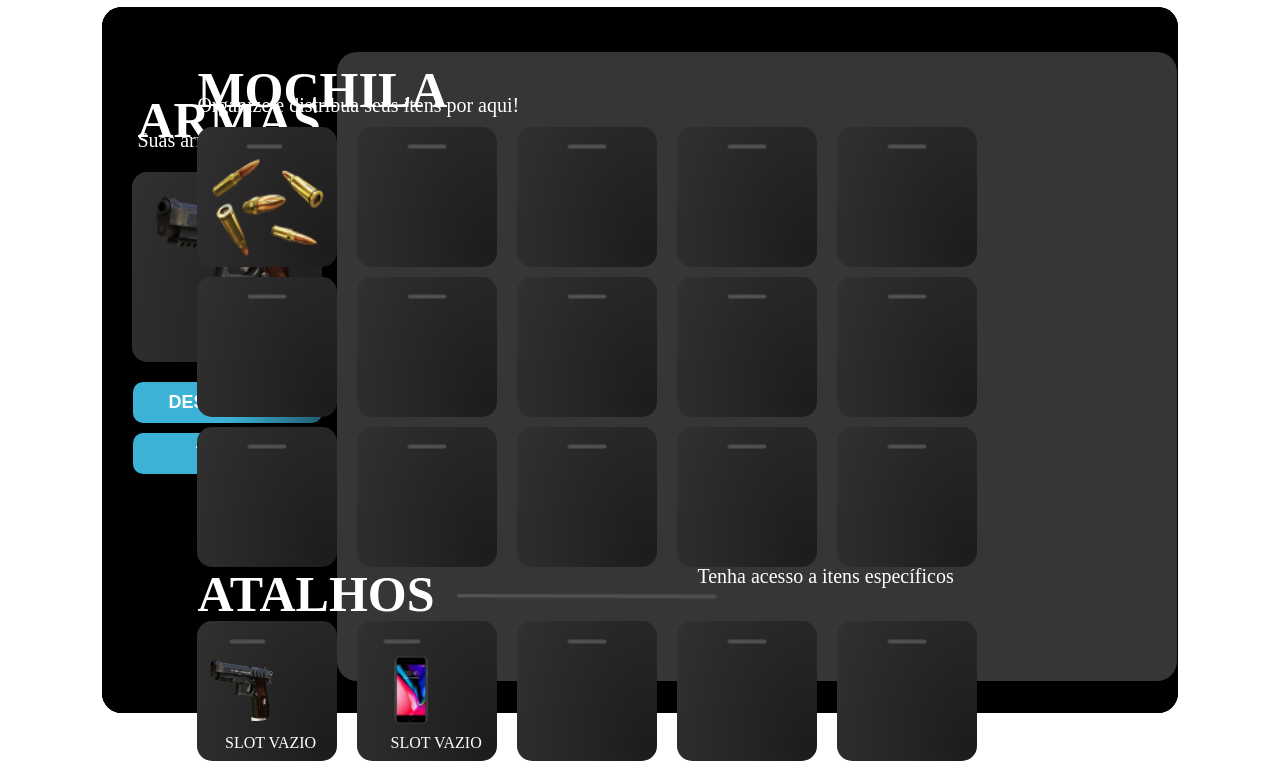
Repository: DuMCorrea/Mochila
Page: index.html
The author's editor kept a copy of each file at every save. The page is drawn from the files as they stood at one save, then again after a run of saves.
The browser window is 1280 px wide. The pictures show the whole page.
Some web fonts or font styles are not loaded; a fallback is used.

Above is the page before, as saved 2024-09-03 10:23:31.

### index.html
<!DOCTYPE html>
<html lang="pt-BR">
<head>
    <meta charset="UTF-8">
    <meta name="viewport" content="width=device-width, initial-scale=1.0">
    <link href="https://fonts.googleapis.com/css2?family=Baloo+Bhai+2&display=swap" rel="stylesheet">
    <title>Modelo de Tela</title>
    <link rel="stylesheet" href="styles.css">
</head>
<body>
    <div class="container">
        <div class="background-rectangle">
            <div class="left-div">
                <div class="content-left">
                    <h1>ARMAS</h1>
                    <p>Suas armas equipadas!</p>
                    <div class="image-container">
                        <img src="assets/ARMA.png" alt="Imagem" />
                    </div>
                    <button class="desequipar-btn">DESEQUIPAR</button>
                    <button class="todas">TODAS</button>
                </div>
            </div>
            <div class="right-div">
                <div class="content-right">
                    <h1>MOCHILA</h1>
                    <p>Organize e distribua seus itens por aqui!</p>
                    <div class="squares-container">
                        <div class="square">
                            <img src="assets/traco.png" alt="Imagem" class="square-image-unic">
                            <img src="assets/balas.png" alt="Imagem" class="shots-image">
                        </div>
                        <div class="square">
                            <img src="assets/traco.png" alt="Imagem" class="square-image">
                        </div>
                        <div class="square">
                            <img src="assets/traco.png" alt="Imagem" class="square-image">
                        </div>
                        <div class="square">
                            <img src="assets/traco.png" alt="Imagem" class="square-image">
                        </div>
                        <div class="square">
                            <img src="assets/traco.png" alt="Imagem" class="square-image">
                        </div>
                    </div>
                    <!-- Segunda linha de quadrados -->
                    <div class="squares-containerr">
                        <div class="square">
                            <img src="assets/traco.png" alt="Imagem" class="square-image">
                        </div>
                        <div class="square">
                            <img src="assets/traco.png" alt="Imagem" class="square-image">
                        </div>
                        <div class="square">
                            <img src="assets/traco.png" alt="Imagem" class="square-image">
                        </div>
                        <div class="square">
                            <img src="assets/traco.png" alt="Imagem" class="square-image">
                        </div>
                        <div class="square">
                            <img src="assets/traco.png" alt="Imagem" class="square-image">
                        </div>
                    </div>

                    <!-- Terceira linha de quadrados -->
                    <div class="squares-containerrr">
                        <div class="square">
                            <img src="assets/traco.png" alt="Imagem" class="square-image">
                        </div>
                        <div class="square">
                            <img src="assets/traco.png" alt="Imagem" class="square-image">
                        </div>
                        <div class="square">
                            <img src="assets/traco.png" alt="Imagem" class="square-image">
                        </div>
                        <div class="square">
                            <img src="assets/traco.png" alt="Imagem" class="square-image">
                        </div>
                        <div class="square">
                            <img src="assets/traco.png" alt="Imagem" class="square-image">
                        </div>
                        </div>
                        <div class="atalhos-title-container">
                            <h1 class="atalhos-title">
                                ATALHOS
                                <img src="assets/linhaGrande.png" alt="Descrição da Imagem" class="atalhos-image">
                                <p class="atalhos-paragraph">Tenha acesso a itens específicos</p>
                            </h1>
                        </div>
                        <div class="shortcuts-container">
                            <div class="square">
                                <img src="assets/traco.png" alt="Imagem" class="square-image-unic">
                                <img src="assets/ARMA.png" class="arma-image">
                                <p style="font-size: 16px; position: relative; top: 60px; right: 50px; white-space: nowrap;" >SLOT VAZIO</p>
                            </div>
                            <div class="square">
                                <img src="assets/traco.png" alt="Imagem" class="square-image-unic">
                                <img src="assets/celular.png" class="cell-image">
                                <p  style="font-size: 16px; position: relative; top: 60px; right: 50px; white-space: nowrap;" >SLOT VAZIO</p>
                            </div>
                            <div class="square">
                                <img src="assets/traco.png" alt="Imagem" class="square-image">
                            </div>
                            <div class="square">
                                <img src="assets/traco.png" alt="Imagem" class="square-image">
                            </div>
                            <div class="square">
                                <img src="assets/traco.png" alt="Imagem" class="square-image">
                            </div>
                        </div>

                        </div>
                        </div>
                        </div>
                        </div>
                        </body>

                        </html>

### styles.css
body, html {
    margin: 0;
    padding: 0;
    width: 100%;
    height: 100%;
    display: flex;
    justify-content: center;
    align-items: center;
    background-color: white; /* Fundo preto para o body */
    font-family: 'Baloo Bhai 2', cursive; /* Aplicando a fonte Baloo Bhai */
}

.container {
    width: 84%; /* Largura da div principal */
    height: 98%; /* Altura da div principal */
    display: flex;
    justify-content: center;
    align-items: center;
    background-color: #000000; /* Fundo preto para a div principal */
    border-radius: 20px; /* Canto arredondado */
    font-family: 'Baloo Bhai 2', cursive; /* Aplicando a fonte Baloo Bhai */
}

.background-rectangle {
    width: 100%;
    height: 100%;
    background: #000000; /* Fundo preto para o retângulo principal */
    border-radius: 20px; /* Cantos arredondados */
    display: flex;
}

.left-div {
    width: 22%; /* 25% da largura da tela */
    height: 100%;
    background-color: #000000; /* Fundo preto para a div esquerda */
    display: flex;
    justify-content: center;
    align-items: center;
    border-radius: 20px 0 0 20px; /* Canto arredondado à esquerda */
    font-family: 'Baloo Bhai 2', cursive; /* Aplicando a fonte Baloo Bhai */
}

.right-div {
    width: calc(110% - 20px); /* 73% da largura da tela menos a margem */
    height: calc(92% - 20px); /* 95% da altura menos a margem */
    background-color: #363636; /* Fundo cinza para a div direita */
    display: flex;
    justify-content: center;
    align-items: center;
    margin: 45px; /* Margem em torno da div da direita */
    border-radius: 20px; /* Cantos arredondados */
    font-family: 'Baloo Bhai 2', cursive; /* Aplicando a fonte Baloo Bhai */
}


/* DIV DA ESQUERDA */

.content-left {
    text-align: justify; /* Justifica o texto */
    display: flex;
    flex-direction: column;
    justify-content: flex-start; /* Alinha os elementos ao topo da div */
    align-items: center; /* Centraliza horizontalmente */
    height: 100%; /* Ocupa toda a altura da div esquerda */
    padding-top: 100px; /* Adiciona um espaçamento do topo */
}

.left-div h1 {
    color: white; /* Cor branca para o título */
    font-size: 50px; /* Tamanho da fonte do título */
    margin-bottom: -20px; /* Espaçamento negativo para aproximar o parágrafo */
    font-weight: 900;
    width: 100%; /* Para garantir que a justificação funcione */
    text-align: justify; /* Justifica o texto do título */
    position: relative;
    left: 35px;
}

.left-div p {
    color: white; /* Cor branca para a frase */
    font-size: 20px; /* Tamanho da fonte da frase */
    margin-top: 0; /* Remove a margem superior do parágrafo */
    width: 100%; /* Para garantir que a justificação funcione */
    text-align: justify; /* Justifica o texto da frase */
    font-weight: 100;
    position: relative;
    left: 35px;
}

.image-container {
    width: 190px; /* Largura do quadrado */
    height: 190px; /* Altura do quadrado */
    background: radial-gradient(547.21% 823.76% at 94.51% 88.04%, #1D1C1C 0%, #837E7E 100%); /* Fundo com gradiente */
    border-radius: 15px; /* Borda arredondada */
    display: flex;
    justify-content: center;
    align-items: center;
    margin-top: 0px; /* Espaçamento acima da imagem */
    position: relative;
    left: 30px;
}

.image-container img {
    width: 85%; /* Ajusta o tamanho da imagem para caber no container */
    height: 85%; /* Ajusta o tamanho da imagem para caber no container */
    border-radius: 15px; /* Borda arredondada da imagem para combinar com o container */
}

.desequipar-btn {
    margin-top: 20px; /* Espaçamento acima do botão */
    padding: 10px 20px; /* Espaçamento interno do botão */
    background: linear-gradient(90deg, #3CB3D6 49.9%, #1F5E70 100%); /* Fundo com gradiente */
    color: white; /* Cor do texto */
    font-size: 18px; /* Tamanho da fonte */
    font-weight: bold; /* Negrito no texto */
    border: none; /* Remove a borda padrão do botão */
    border-radius: 10px; /* Bordas arredondadas */
    cursor: pointer; /* Cursor de ponteiro ao passar o mouse */
    text-align: center; /* Centraliza o texto no botão */
    width: 189px; /* Largura do botão */
    position: relative;
    left: 30px;
}

.todas {
    margin-top: 10px; /* Espaçamento acima do botão */
    padding: 10px 20px; /* Espaçamento interno do botão */
    background: linear-gradient(90deg, #3CB3D6 49.9%, #1F5E70 100%); /* Fundo com gradiente */
    color: white; /* Cor do texto */
    font-size: 18px; /* Tamanho da fonte */
    font-weight: bold; /* Negrito no texto */
    border: none; /* Remove a borda padrão do botão */
    border-radius: 10px; /* Bordas arredondadas */
    cursor: pointer; /* Cursor de ponteiro ao passar o mouse */
    text-align: center; /* Centraliza o texto no botão */
    width: 189px; /* Largura do botão */
    position: relative;
    left: 30px;
}


/* DIV DA DIREITA */


.content-right {
    display: flex;
    flex-direction: column;
    justify-content: flex-start; /* Alinha os elementos ao topo da div */
    align-items: flex-start; /* Alinha os elementos à esquerda */
    height: 100%; /* Ocupa toda a altura da div direita */
    padding: 20px; /* Adiciona um espaçamento interno */
}

.right-div h1 {
    color: white; /* Cor branca para o título */
    font-size: 50px; /* Tamanho da fonte do título */
    margin-bottom: -20px; /* Espaçamento negativo para aproximar o parágrafo */
    font-weight: 900;
    width: 100%; /* Para garantir que a justificação funcione */
    text-align: left; /* Alinha o texto à esquerda */
    position: relative; /* Posicionamento relativo para o elemento abaixo */
    right: 160px;
    bottom: 25px;
}

.right-div p {
    color: white; /* Cor branca para a frase */
    font-size: 20px; /* Tamanho da fonte da frase */
    margin-top: 0; /* Remove a margem superior do parágrafo */
    width: 100%; /* Para garantir que a justificação funcione */
    text-align: left; /* Alinha o texto à esquerda */
    font-weight: 100;
    position: relative; /* Posicionamento relativo para o elemento abaixo */
    right: 160px;
    bottom: 30px;
}

.squares-container {
    display: flex; /* Exibe os quadrados em linha */
    justify-content: center; /* Centraliza os quadrados horizontalmente */
    align-items: center; /* Centraliza os quadrados verticalmente */
    width: 100%; /* Largura total para o contêiner */
    height: 50%; /* Altura do contêiner */
    position: relative;
    right: 170px;
    bottom: 40px;
}

.squares-containerr {
    display: flex; /* Exibe os quadrados em linha */
    justify-content: center; /* Centraliza os quadrados horizontalmente */
    align-items: center; /* Centraliza os quadrados verticalmente */
    width: 100%; /* Largura total para o contêiner */
    height: 50%; /* Altura do contêiner */
    position: relative;
    right: 170px;
    bottom: 30px;

}
.squares-containerrr {
    display: flex; /* Exibe os quadrados em linha */
    justify-content: center; /* Centraliza os quadrados horizontalmente */
    align-items: center; /* Centraliza os quadrados verticalmente */
    width: 100%; /* Largura total para o contêiner */
    height: 50%; /* Altura do contêiner */
    position: relative;
    right: 170px;
    bottom: 20px;
}

.square {
    width: 140px; /* Largura dos quadrados */
    height: 140px; /* Altura dos quadrados */
    background: radial-gradient(547.21% 823.76% at 94.51% 88.04%, #1D1C1C 0%, #837E7E 100%); /* Gradiente de fundo */
    border-radius: 15px; /* Bordas arredondadas */
    margin: 0 10px 0px 10px; /* Espaçamento entre os quadrados e entre as linhas */
    display: flex;
    justify-content: center; /* Centraliza horizontalmente o conteúdo */
    align-items: center; /* Centraliza verticalmente o conteúdo */
}

.square-image {
    width: 40px; /* Tamanho da imagem dentro dos quadrados */
    height: 5px;
    position: relative;
    bottom: 50px;
}

.square-image-unic {
    width: 40px; /* Tamanho da imagem dentro dos quadrados */
    height: 5px;
    position: relative;
    bottom: 50px;
    left: 60px;
}

.shots-image {
    width: 90%; /* Tamanho da imagem dentro dos quadrados */
    height: 70%;
    position: relative;
    top: 10px;
    right: 20px;
}


.shortcuts-container {
    display: flex;
    justify-content: center;
    align-items: center;
    width: 100%;
    position: relative;
    right: 170px;
    bottom: 80px;
}

.atalhos-title-container {
    display: flex;
    align-items: center;
    justify-content: flex-start;
    position: relative;
    right: 0px;
    bottom: 30px;
}

.atalhos-image {
    width: 260px; /* Ajuste o tamanho da imagem conforme necessário */
    height: 5px;
    position: relative;
    bottom: 12px;
    left: 10px;
}

.atalhos-paragraph {
    color: white;
    font-size: 20px; /* Ajuste o tamanho do texto conforme necessário */
    position: relative;
    top: -58px;
    left: 500px;
}

.arma-image {
    width: 70px; /* Ajuste o tamanho da imagem conforme necessário */
    height: 70px;
    position: relative;
    bottom: 1px;
}

.cell-image {
    width: 80px; /* Ajuste o tamanho da imagem conforme necessário */
    height: 80px;
    position: relative;
    bottom: 1px;
    left: 10px;
}

After the next 3 saves:
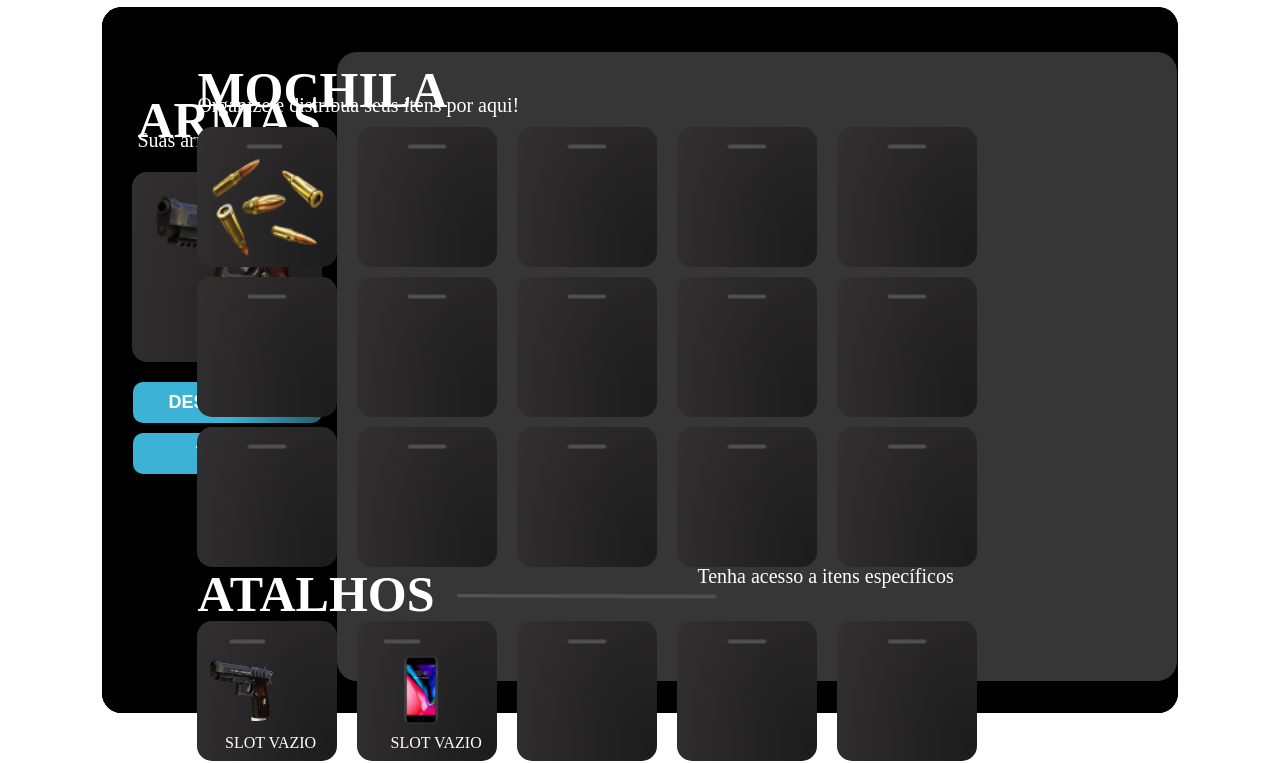
The 3 saves are shown as one change because they came seconds apart.
The last was saved 10 s later.
--- a/styles.css
+++ b/styles.css
@@ -290,5 +290,5 @@ body, html {
     height: 80px;
     position: relative;
     bottom: 1px;
-    left: 10px;
-}
+    left: 20px;
+}
